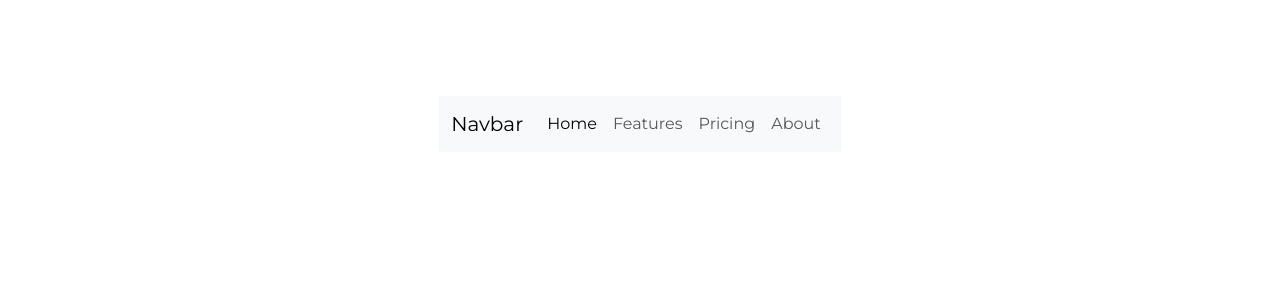
Repository: Aladdin3r/idsp12-marketplace
Page: /
An editor plug-in stored every save of this project. The page is shown before and after the next save, followed by the edit.
The browser window is 1280 px wide. The pictures show the whole page.
The project was rebuilt for these pictures with package versions that can differ from the ones it lists, and the page was loaded fresh each time. The framework's server and built-in components were replaced by stand-ins that run in the browser. Also part of the build but not shown: next.config.mjs.

Above is the page before, as saved 2024-05-07 14:01:14.

After the next save:
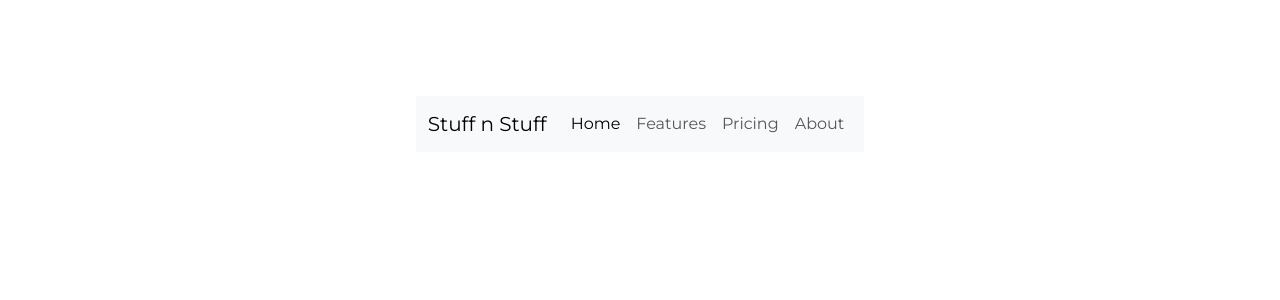
Saved 31 s later.
--- a/pages/index.js
+++ b/pages/index.js
@@ -13,7 +13,7 @@
       <main className={`${styles.main}`}>
       <nav class="navbar navbar-expand-lg bg-light" data-bs-theme="light">
   <div class="container-fluid">
-    <a class="navbar-brand" href="#">Navbar</a>
+    <a class="navbar-brand" href="#">Stuff n Stuff</a>
     <button class="navbar-toggler" type="button" data-bs-toggle="collapse" data-bs-target="#navbarColor03" aria-controls="navbarColor03" aria-expanded="false" aria-label="Toggle navigation">
       <span class="navbar-toggler-icon"></span>
     </button>
